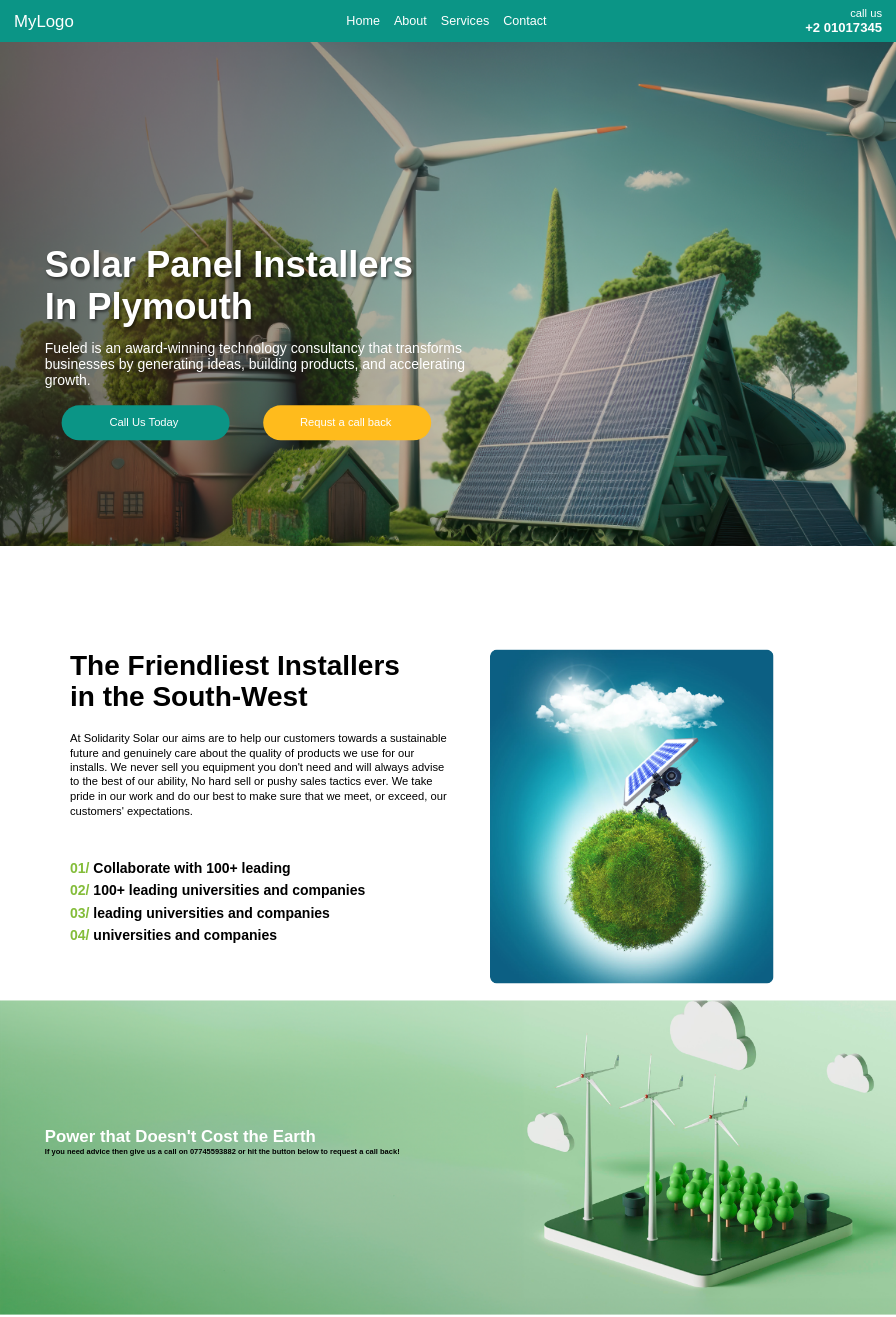
Repository: MaramNabil872/Landing-Page
Page: landingPage.html
An editor plug-in stored every save of this project. The page is shown before and after the next save, followed by the edit.
The browser window is 1280 px wide. The pictures show the whole page, at 70% of full size.

Above is the page before, as saved 2024-10-20 21:40:25.

After the next save:
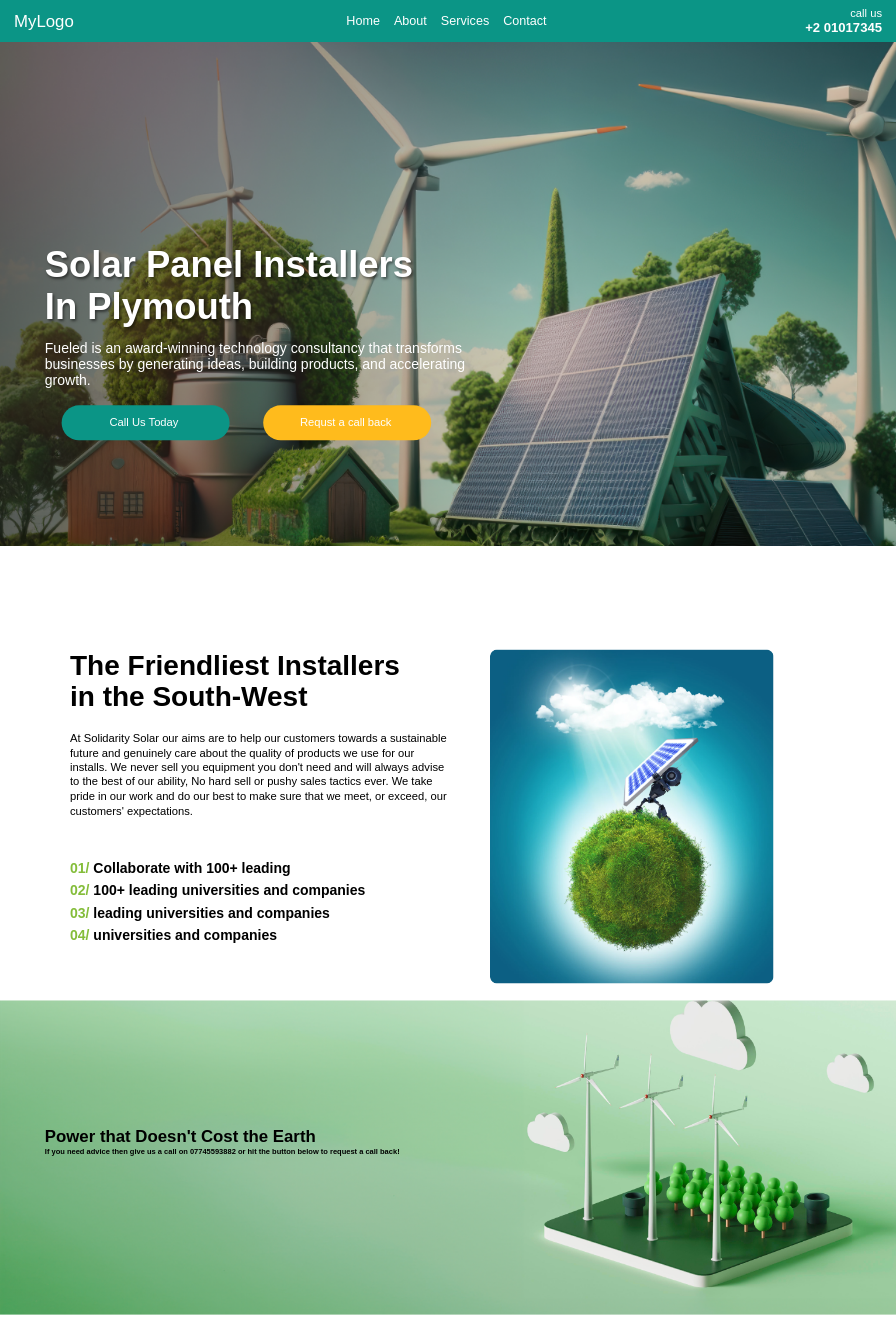
Saved 10 s later.
--- a/landingPage.css
+++ b/landingPage.css
@@ -178,7 +178,7 @@ padding-left: 5%;}
     height: auto; }
 
 .section2-text {
-
+fon
     color: white;
 
 }
